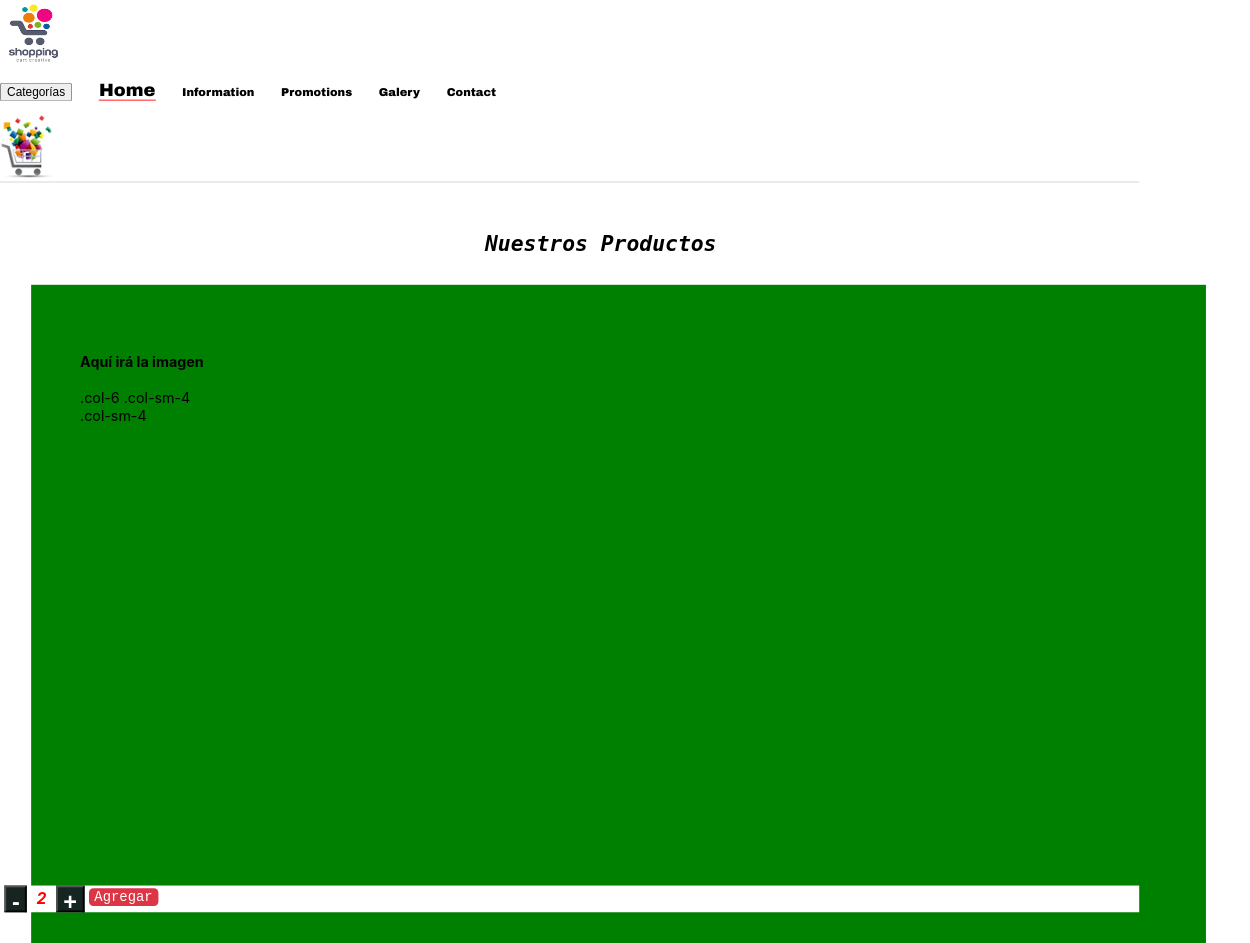
Repository: gustavomanuelquintana/CoderRepository
Page: / (app in cards-commers/)
The author's editor kept a copy of each file at every save. The page is drawn from the files as they stood at one save, then again after the next save.
The browser window is 1280 px wide. The page is 1405 px wide, so the pictures cover 1405 px, including what lies to the right of the window. The pictures show the whole page, at 89% of full size.
The project was rebuilt for these pictures with package versions that can differ from the ones it lists, and the page was loaded fresh each time. Also part of the build but not shown: cards-commers/src/Components/ItemListContainer/Item/Item.css.

Above is the page before, as saved 2020-10-31 14:44:35.

### cards-commers/src/App.js
import React from "react";
import NavBar from "./Components/NavBar/NavBar";
import ItemListContainer from "./Components/ItemListContainer/ItemListContainer";
import ItemCount from "./Components/ItemCount/ItemCount";

function App() {
  let stock= 14;
  const handleAdd = (counter) => {
    return ({stock}) => {
      if (stock <=0){
        alert('No hay stock')
      }else {
        alert(`Se van agregar ${counter} articulos`)
      }
    }
  }

  return (
    <div className="App">
        <NavBar />
        <ItemListContainer titulo='Nuestros Productos'/>
        <ItemCount onAdd={handleAdd}  stock={stock} initial={2} />
    </div>
  );
}

export default App;

### cards-commers/src/Components/NavBar/NavBar.js
import React from "react";
import ImageNavBar from "../../Images/cards-logo.png";
import CartWidget from "../CartWidget/CartWidget";
import Dropdown from "react-bootstrap/Dropdown";
import "./NavBar.css";

const styleFont = {
  fontSize: 20,
  borderBottom: "1px solid red",
};

function NavBar() {
  return (
    <div className=" col-12">
      <div className="header-navBar col-12">
        <div className="row col-12">
          <div className="Logo-navBar col-1">
            <a href="index.html">
            <img src={ImageNavBar} alt="logo" width="75" height="70" />
            </a>
          </div>
          <div className="Links-navBar col-10 mt-3">
            <ul className="List-navBar">
              <li>
                <Dropdown>
                  <Dropdown.Toggle  variant="danger" id="dropdown-basic">
                    Categorías
                  </Dropdown.Toggle>

                  <Dropdown.Menu>
                    <Dropdown.Item   href="#/action-1">
                      Deportes / Fitness
                    </Dropdown.Item>
                    <Dropdown.Item href="#/action-2">
                      Hogar / Electrodomésticos
                    </Dropdown.Item>
                    <Dropdown.Item href="#/action-3">Vehículos</Dropdown.Item>
                  </Dropdown.Menu>
                </Dropdown>
              </li>
              <li>
                <a style={styleFont} href="#">
                  Home
                </a>
              </li>
              <li>
                <a href="#">Information</a>
              </li>
              <li>
                <a href="#">Promotions </a>
              </li>
              <li>
                <a href="#">Galery</a>
              </li>
              <li>
                <a href="#">Contact</a>
              </li>
            </ul>
          </div>
          <div className="carrito-navBar col-1">
            <CartWidget />
          </div>
        </div>
      </div>
    </div>
  );
}

export default NavBar;

### cards-commers/src/Components/ItemListContainer/ItemListContainer.js
import React, {useState, useEffect} from 'react';
import './ItemListContainer.css';
import ItemList from './ItemList/ItemList';

const getList = () => {
    return new Promise( (res) => {
        let products;
        res(
            products = ["nike", "Airmax", "Running fast"]
        )
    });
}


function ItemListContainer({titulo}){
    const [itemList, setItemList] = useState([]);

    // Use effect
    useEffect( () => {
        getList().then( mercaderia => {
           setItemList(mercaderia);
        });
    },[]); // End useEffect

    return (
        <div className="container">
            <h2>{titulo}</h2>
        <ItemList items={itemList} />
        </div>
    );
}



export default ItemListContainer;

### cards-commers/src/Components/ItemCount/ItemCount.js
import React, {useState} from 'react';
import ButtonsCount from './ButtonsCount/ButtonsCount';
import ViewCount from './ViewCount/ViewCount';
import AgregarCount from './AgregarCount/AgregarCount';


    const styleContain={
        backgroundColor:"white",
        display:"flex",
    }
    const styleBox = {
        color:"red",
        fontWeight:"bold",
        fontSize:"1.1em",
        lineHeight:"18px",
        display:"flex",
        justifyContent:"center",
        width:"100px",
        height:"30px",
    }
    const boxAdd ={
        fontWeight: "bold",
        fontSize: "1em",
        color: "red",
    }
    export default function ItemCount({onAdd,stock,initial}) {
        let [counter, counterState] = useState(initial);

    const onClickButton = (amount) => {
        return () => {
            let total = (amount < 0) ? 0 : amount;
            let limiter = (total > stock) ? stock: total;
            counterState(limiter);

        }
    }

    let props = {counter, counterState}

    return (
        <div className="section-car" style={styleContain}>
        <div className="box-count" style={styleBox}>
            <ButtonsCount suma={false} onClick={onClickButton} {...props} />
             <ViewCount value={counter}/>
             <ButtonsCount suma={true} onClick={onClickButton}  {...props}/>
        </div>

        <div  className="box-add" style={boxAdd}> <AgregarCount onAdd= {onAdd} {...{counter}}/> </div>
        </div>
        );
}

### cards-commers/src/Components/CartWidget/CartWidget.js
import React from 'react';
import ImageCarrito from "../../Images/carrito-img.png";

function CartWidget(){
    return (
        <a href="#">
         <img src={ImageCarrito}/>
        </a>
    )
}

export default CartWidget;

### cards-commers/src/Components/NavBar/NavBar.css
img {
  max-width: 100%;
}
.header-navBar {
  background-color: white;
  display: flex;
  width: 100%;
  border-bottom: 1px solid lightgrey;
}

.Logo-navBar img {
  max-height: 8em;
  max-width: 8em;
}
.Links-navBar ul li {
  display: inline-block;
  margin-right: 35px;
  margin: 0 70px 0 -40px;
}
.Links-navBar ul li a {
  color: black;
  font-family: Arial Black;
  font-size: 0.8em;
  font-weight: bold;
  text-decoration: none;
}

### cards-commers/src/Components/ItemListContainer/ItemListContainer.css
.container{
    width:100%;
    max-height:100vh;
    margin: 0.25 auto;
    padding: 35px;
}
.container h2{
    text-align:center;
    font-family: "monospace";
    font-weight:bold;
    font-style: italic;
}

### cards-commers/src/Components/ItemListContainer/ItemList/ItemList.js
import React, {useState, useEffect} from 'react';
import './ItemList.css';
import Item from '../Item/Item';




function ItemList({items}){
return <div className="itemList">
        <Item listProducts={items}/>
     </div>
}


export default ItemList;

### cards-commers/src/Components/ItemCount/ButtonsCount/ButtonsCount.js
import React from "react";
const styleButton = {
    fontWeight: "bold",
    fontSize:"1.5em",
    background: "#172522",
    color: "white",
    margin:"0 auto",
    height:"100%",
}

export default function ButtonsCount({suma,onClick,counter,counterState}) {

    let signo = suma ? '+' : '-';

    let amount = suma ? (counter + 1) : (counter - 1);

  return ( <button onClick={onClick(amount)} style={styleButton}>{signo}</button> )
}

### cards-commers/src/Components/ItemCount/ViewCount/ViewCount.js
import React from 'react';

const countnumber = {
    margin:"0.35em auto",
    fontStyle:"italic",

}

export default function ViewCount({value}){

    return(
        <div style={countnumber} className="countNumber">{value}</div>
    )
}

### cards-commers/src/Components/ItemCount/AgregarCount/AgregarCount.js
import React from 'react';

const agregarcount = {
    borderRadius:"5px",
    border:"none",
    margin:"0.2em auto",
    background:"#dc3545",
    color:"white",
    fontFamily:"monospace",
    fontSize:"1.2em",
}
export default function AgregarCount({onAdd, counter}){

    const agregarCount = () =>{};

    return(
        <div>
            <button style={agregarcount} onClick={onAdd(counter)}>Agregar</button>
        </div>
    )
}

### cards-commers/src/Components/ItemListContainer/ItemList/ItemList.css
.itemList{
    width:100%;
    height:700px;
    background-color:green;
    padding:20px;
    margin:2em auto;
}

### cards-commers/src/Components/ItemListContainer/Item/Item.js
import React from 'react';
import Container from 'react-bootstrap/Container';
import Row from 'react-bootstrap/Row';
import Col from 'react-bootstrap/Col';
import './Item.css';


function Item({listProducts}){
    return <Container>
    <Row>
      <Col xs="6" sm="4">
          <div className="containerImage">
              <h4>Aquí irá la imagen</h4>
          </div>
      </Col>
      <Col xs="6" sm="4">.col-6 .col-sm-4</Col>
      <Col sm="4">.col-sm-4</Col>
    </Row>
  </Container>

}

export default Item;

Loaded but not shown: cards-commers/public/index.html (common file); cards-commers/src/index.js (common file); cards-commers/src/index.css (common file); cards-commers/src/serviceWorker.js (common file)

After the next save:
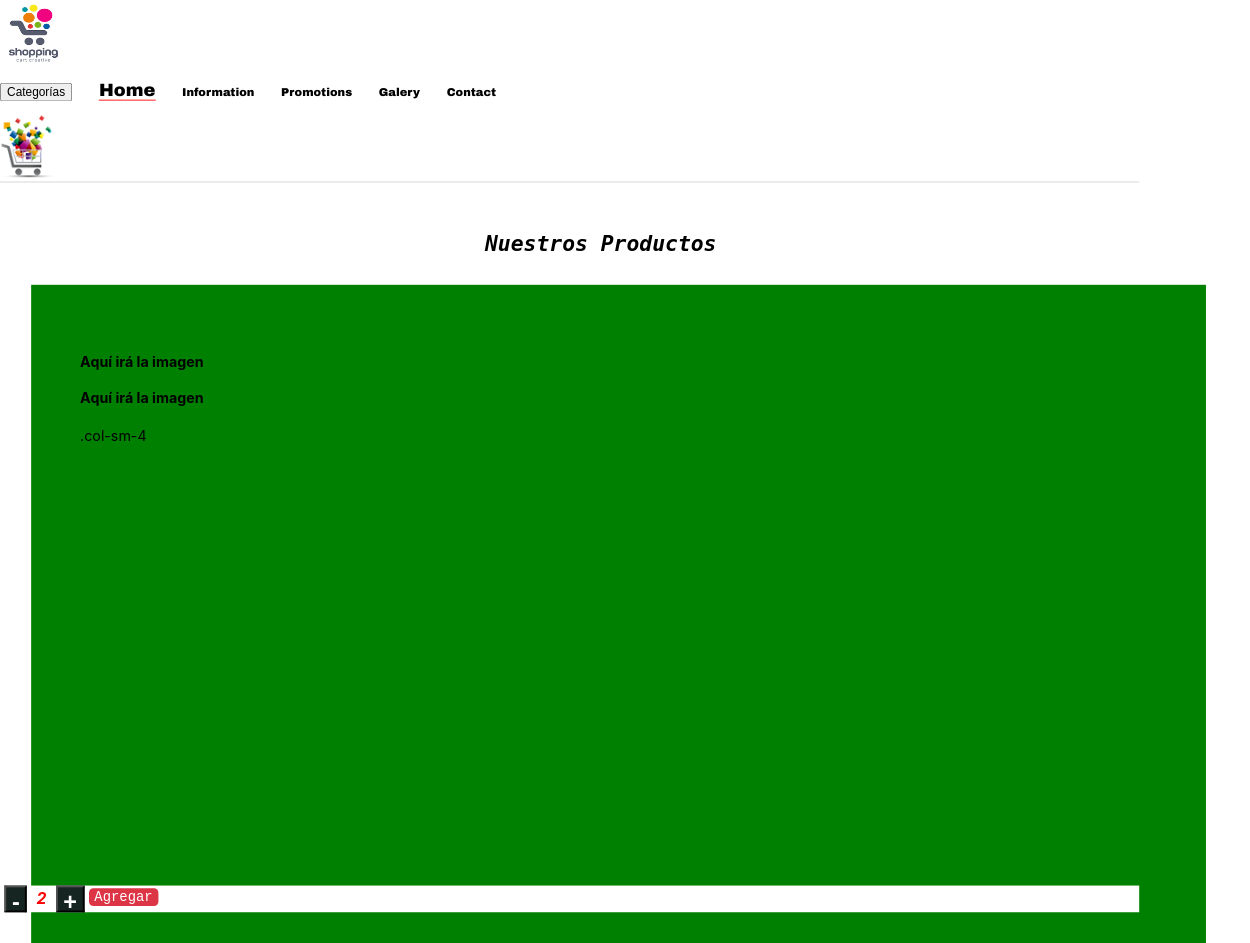
Saved 21 s later.
--- a/cards-commers/src/Components/ItemListContainer/Item/Item.js
+++ b/cards-commers/src/Components/ItemListContainer/Item/Item.js
@@ -13,7 +13,11 @@ function Item({listProducts}){
               <h4>Aquí irá la imagen</h4>
           </div>
       </Col>
-      <Col xs="6" sm="4">.col-6 .col-sm-4</Col>
+      <Col xs="6" sm="4">
+      <div className="containerDetail">
+              <h4>Aquí irá la imagen</h4>
+          </div>
+      </Col>
       <Col sm="4">.col-sm-4</Col>
     </Row>
   </Container>
